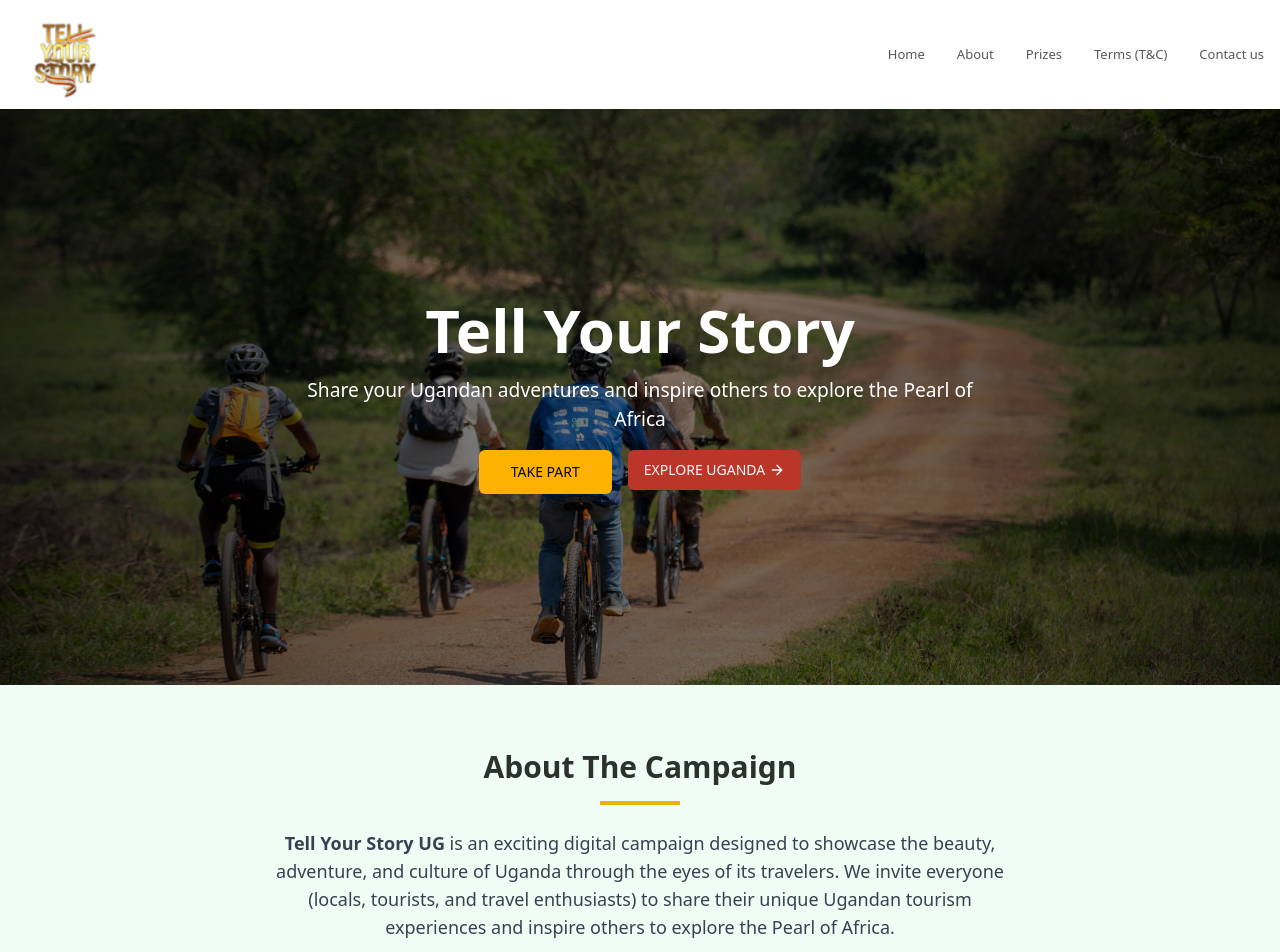
Repository: kaizoku010/take.part
Page: /
An editor plug-in stored every save of this project. The page is shown before and after the next save, followed by the edit.
The browser window is 1280 px wide. The pictures show the part of the page from y = 0 to 952 px (the page is 3836 px tall before and 3791 px after).
Backgrounds fixed to the window are drawn as part of the page. The project was rebuilt for these pictures with package versions that can differ from the ones it lists, and the page was loaded fresh each time. Also part of the build but not shown: vite.config.ts, src/components/ui/tooltip.tsx, src/pages/About.tsx, src/components/ui/input.tsx, src/pages/Stories.tsx, src/pages/StoryDetail.tsx, src/components/ui/use-toast.ts, src/components/ui/label.tsx and 4 more.

Above is the page before, as saved 2025-04-14 15:59:24.

After the next save:
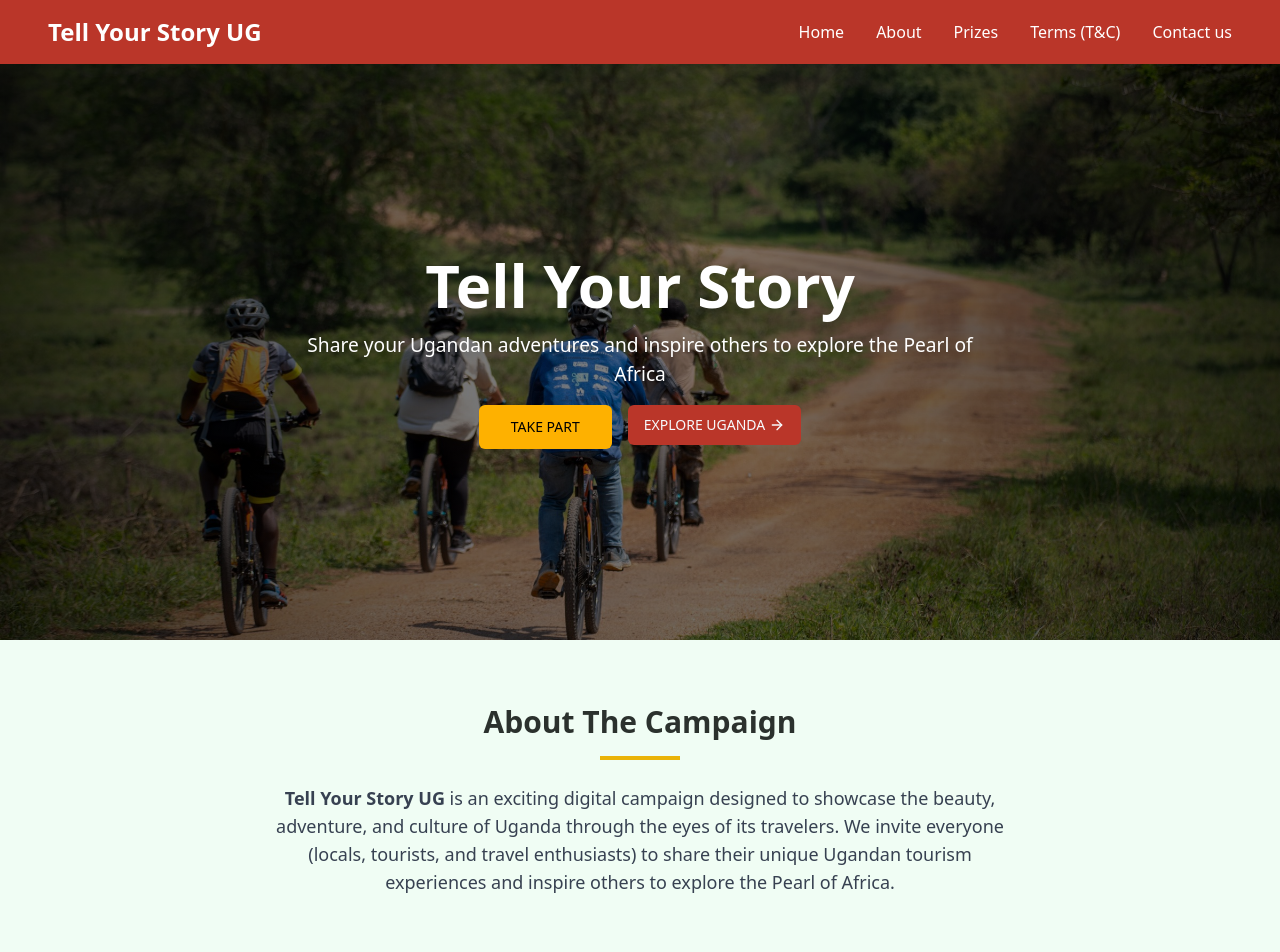
Saved 2 min 44 s later.
--- a/src/components/layout/Header.tsx
+++ b/src/components/layout/Header.tsx
@@ -1,8 +1,7 @@
 
+import { Menu, X } from "lucide-react";
 import { useState } from "react";
-import { Menu, X } from "lucide-react";
 import { Link } from "react-router-dom";
-import Logo from "../../media/logo.png";
 
 const Header = () => {
   const [isMenuOpen, setIsMenuOpen] = useState(false);
@@ -11,23 +10,31 @@ const Header = () => {
     setIsMenuOpen(!isMenuOpen);
   };
 
+  const scrollToSection = (sectionId: string) => {
+    const element = document.getElementById(sectionId);
+    if (element) {
+      element.scrollIntoView({ behavior: 'smooth' });
+    }
+    setIsMenuOpen(false);
+  };
+
   return (
-    <header className="text-white shadow-md">
-      <div className="container mx-auto px-4">
-        <div className="flex justify-between items-center">
-          <Link to="/" className="text-2xl font-bold flex items-center gap-2">
-            <img id="logo" src={Logo} alt="Logo" />
-            {/* <span className="text-white">Tell Your Story</span> */}
-          </Link>
+    <header className="bg-green-800 text-white sticky top-0 z-50">
+      <div className="container mx-auto">
+        <div className="flex justify-between items-center py-4 px-4">
+          <div className="text-2xl font-bold">
+            <a href="#" onClick={() => scrollToSection('hero')} className="cursor-pointer">
+              Tell Your Story UG
+            </a>
+          </div>
 
           {/* Desktop Navigation */}
           <nav className="hidden md:flex space-x-8">
-            <Link to="/" id="link" className="hover:text-yellow-400 transition-colors">Home</Link>
-            <Link to="/stories" id="link" className="hover:text-yellow-400 transition-colors">About</Link>
-            <Link to="/submit-story" id="link" className="hover:text-yellow-400 transition-colors">Prizes</Link>
-            <Link to="/about" id="link" className="hover:text-yellow-400 transition-colors">Terms (T&C)</Link>
-            <Link to="/about" id="link" className="hover:text-yellow-400 transition-colors">Contact us</Link>
-
+            <a onClick={() => scrollToSection('hero')} className="hover:text-yellow-400 transition-colors cursor-pointer">Home</a>
+            <a onClick={() => scrollToSection('about')} className="hover:text-yellow-400 transition-colors cursor-pointer">About</a>
+            <a onClick={() => scrollToSection('prizes-section')} className="hover:text-yellow-400 transition-colors cursor-pointer">Prizes</a>
+            <a onClick={() => scrollToSection('terms')} className="hover:text-yellow-400 transition-colors cursor-pointer">Terms (T&C)</a>
+            <a onClick={() => scrollToSection('contact')} className="hover:text-yellow-400 transition-colors cursor-pointer">Contact us</a>
           </nav>
 
           {/* Mobile Menu Button */}
@@ -43,38 +50,36 @@ const Header = () => {
         {isMenuOpen && (
           <nav className="md:hidden pt-4 pb-2">
             <div className="flex flex-col space-y-3">
-              <Link
-                to="/"
-                id="link"
-                className="hover:text-yellow-400 transition-colors py-2"
-                onClick={() => setIsMenuOpen(false)}
+              <a
+                onClick={() => scrollToSection('hero')}
+                className="hover:text-yellow-400 transition-colors py-2 cursor-pointer"
               >
                 Home
-              </Link>
-              <Link
-                to="/stories"
-                id="link"
-                className="hover:text-yellow-400 transition-colors py-2"
-                onClick={() => setIsMenuOpen(false)}
-              >
-                Stories
-              </Link>
-              <Link
-                to="/submit-story"
-                id="link"
-                className="hover:text-yellow-400 transition-colors py-2"
-                onClick={() => setIsMenuOpen(false)}
-              >
-                Submit Story
-              </Link>
-              <Link
-                to="/about"
-                id="link"
-                className="hover:text-yellow-400 transition-colors py-2"
-                onClick={() => setIsMenuOpen(false)}
+              </a>
+              <a
+                onClick={() => scrollToSection('about')}
+                className="hover:text-yellow-400 transition-colors py-2 cursor-pointer"
               >
                 About
-              </Link>
+              </a>
+              <a
+                onClick={() => scrollToSection('prizes-section')}
+                className="hover:text-yellow-400 transition-colors py-2 cursor-pointer"
+              >
+                Prizes
+              </a>
+              <a
+                onClick={() => scrollToSection('terms')}
+                className="hover:text-yellow-400 transition-colors py-2 cursor-pointer"
+              >
+                Terms (T&C)
+              </a>
+              <a
+                onClick={() => scrollToSection('contact')}
+                className="hover:text-yellow-400 transition-colors py-2 cursor-pointer"
+              >
+                Contact us
+              </a>
             </div>
           </nav>
         )}
